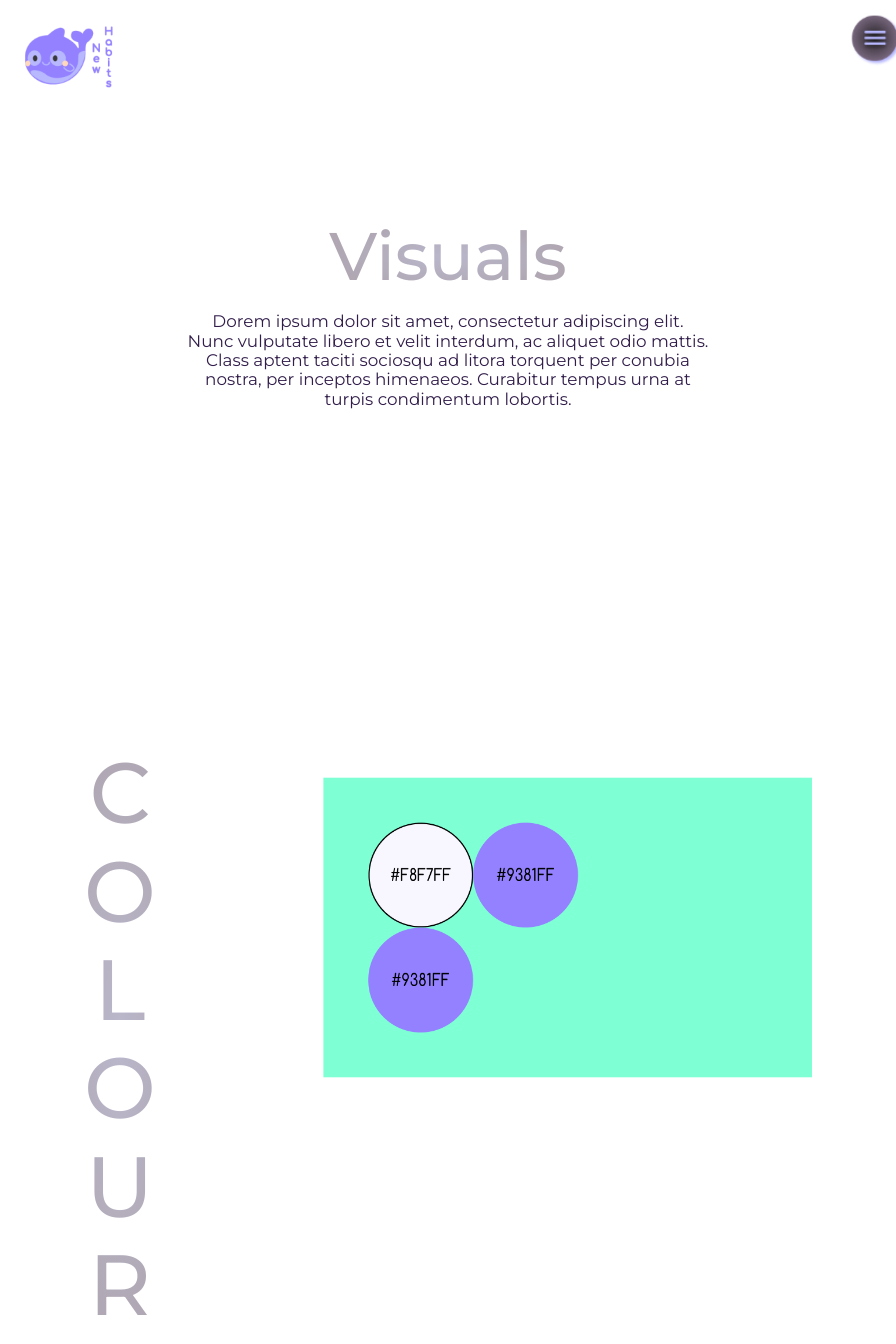
Repository: sierralaurent/Styleguide-Big_Project
Page: visuals.html
The author's editor kept a copy of each file at every save. The page is drawn from the files as they stood at one save, then again after the next save.
The browser window is 1280 px wide. The pictures show the part of the page from y = 0 to 1920 px (the page is 3164 px tall), at 70% of full size.
Some web fonts or font styles are not loaded; a fallback is used.

Above is the page before, as saved 2023-03-10 14:52:56.

After the next save:
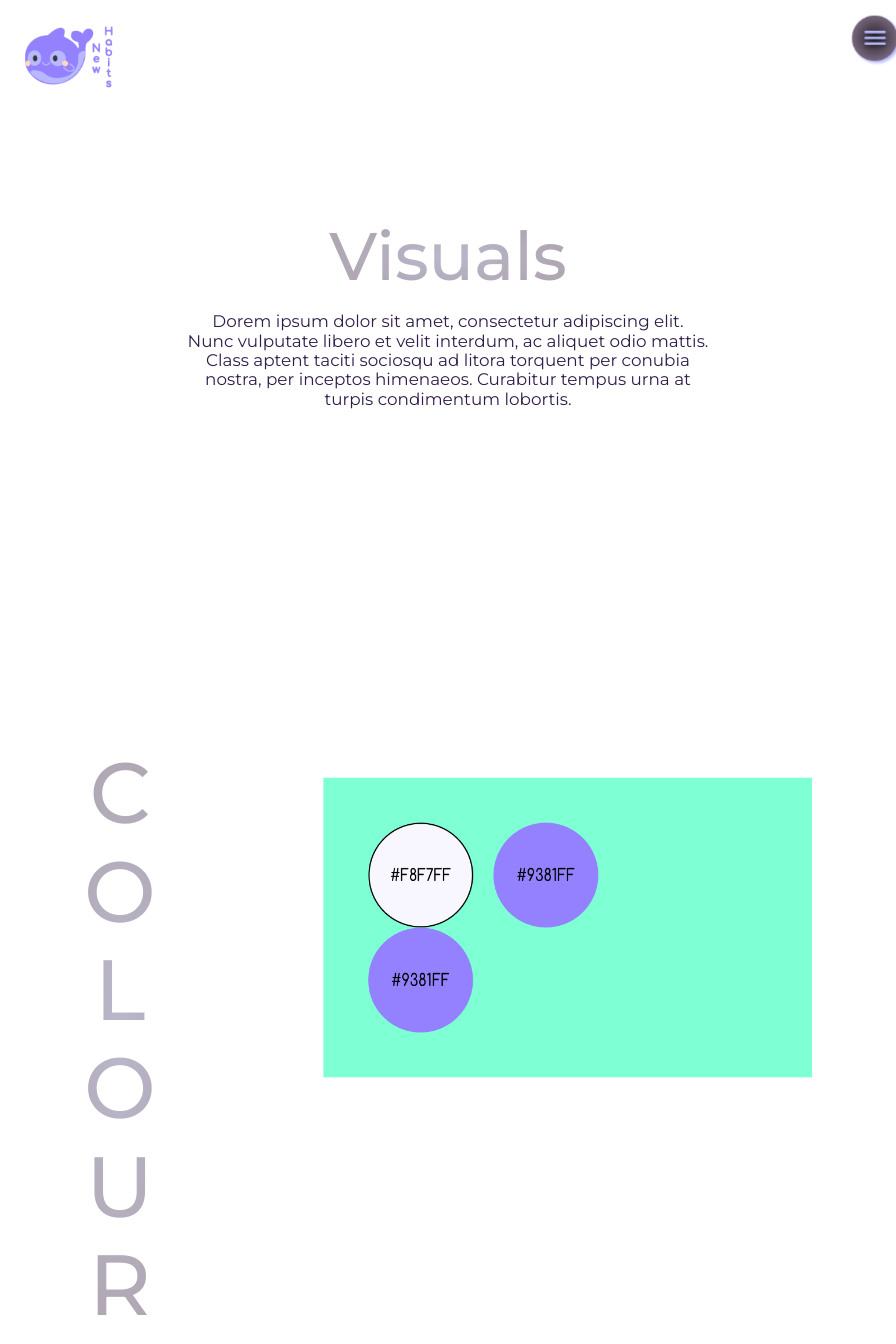
Saved 10 s later.
--- a/visuals.css
+++ b/visuals.css
@@ -119,7 +119,7 @@
     margin-bottom: 5rem;
     display: flex;
     flex-direction: row;
-    row-gap: 5%;
+    gap: 5%;
     padding: 5%;
     color: var(--dark-purple);
     background-color: aquamarine;
